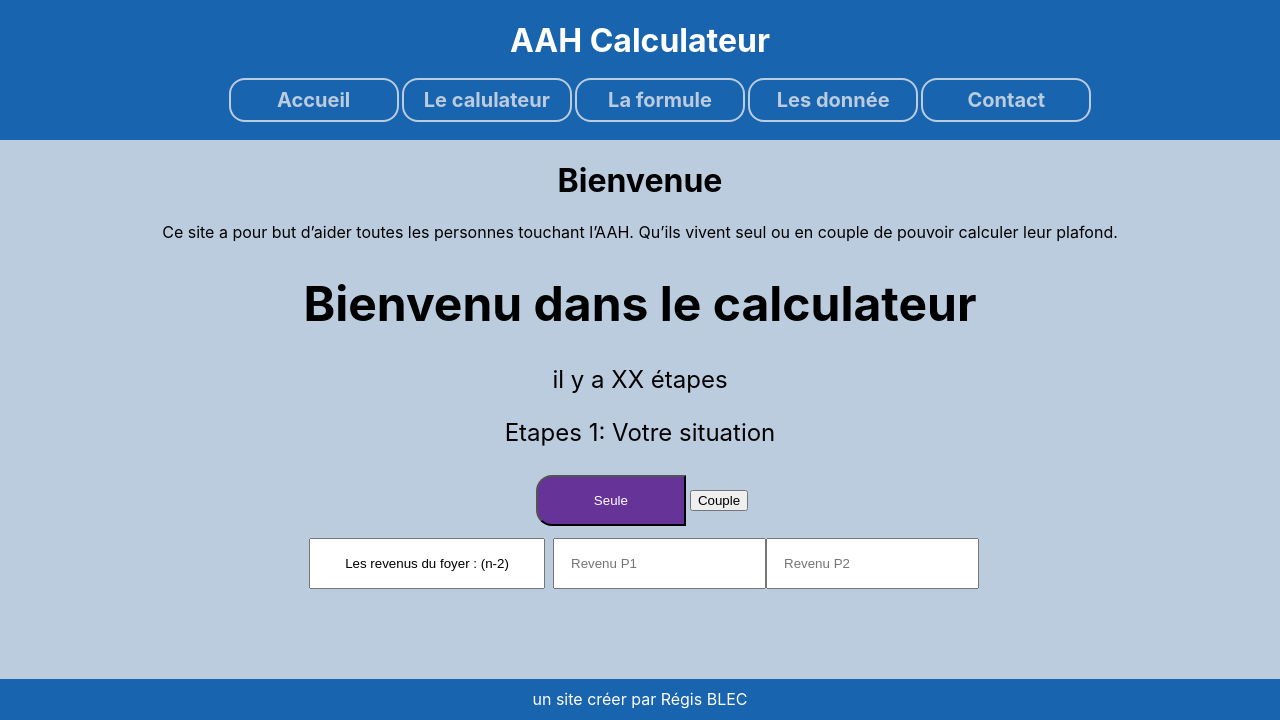
Repository: Cide74/calculateur-aah
Page: /
These files come from the project's save history. The page is drawn as it stood at one moment and after the next save; the edit follows.
The browser window is 1280 px wide. The pictures show the whole page.
The project was rebuilt for these pictures with package versions that can differ from the ones it lists, and the page was loaded fresh each time.

Above is the page before, as saved 2021-04-05 18:32:13.

### public/index.html
<!DOCTYPE html>
<html lang="fr">
  <head>
    <meta charset="utf-8" />
    <link rel="icon" href="%PUBLIC_URL%/logoAAH.ico" />
    <meta name="viewport" content="width=device-width, initial-scale=1" />
    <meta name="theme-color" content="#000000" />
    <meta
      name="description"
      content="Web site created using create-react-app"
    />
    <link rel="apple-touch-icon" href="%PUBLIC_URL%/logoAAH.jpg" />
    <!--
      manifest.json provides metadata used when your web app is installed on a
      user's mobile device or desktop. See https://developers.google.com/web/fundamentals/web-app-manifest/
    -->
    <link rel="manifest" href="%PUBLIC_URL%/manifest.json" />
    <!--
      Notice the use of %PUBLIC_URL% in the tags above.
      It will be replaced with the URL of the `public` folder during the build.
      Only files inside the `public` folder can be referenced from the HTML.

      Unlike "/favicon.ico" or "favicon.ico", "%PUBLIC_URL%/favicon.ico" will
      work correctly both with client-side routing and a non-root public URL.
      Learn how to configure a non-root public URL by running `npm run build`.
    -->
    <title>React App</title>
  </head>
  <body>
    <noscript>You need to enable JavaScript to run this app.</noscript>
    <div id="root"></div>
    <!--
      This HTML file is a template.
      If you open it directly in the browser, you will see an empty page.

      You can add webfonts, meta tags, or analytics to this file.
      The build step will place the bundled scripts into the <body> tag.

      To begin the development, run `npm start` or `yarn start`.
      To create a production bundle, use `npm run build` or `yarn build`.
    -->
  </body>
</html>

### src/index.css
body {
  margin: 0;
  font-family: -apple-system, BlinkMacSystemFont, 'Segoe UI', 'Roboto', 'Oxygen',
    'Ubuntu', 'Cantarell', 'Fira Sans', 'Droid Sans', 'Helvetica Neue',
    sans-serif;
  -webkit-font-smoothing: antialiased;
  -moz-osx-font-smoothing: grayscale;







  background-color:#BBCCDE;
  background-color:#1864AF;
}

code {
  font-family: source-code-pro, Menlo, Monaco, Consolas, 'Courier New',
    monospace;
}

### src/App.js
import Header from './components/Header/Header';
import Menu from './components/Menu/Menu';
import Main from './components/Main/Main';
import Footer from './components/Footer/Footer';

import './App.scss';

function App() {
  return (
    <div className="App">
      <Header />
      <Menu />
      <Main />
      <Footer />
    </div>
  );
}

export default App;

### src/components/Header/Header.js
//import Menu from '../Menu/Menu';
import './Header.scss';

export default function Header() {
  return (
    <div className="header">
      <h1 className="header-title">AAH Calculateur</h1>

    </div>
  );
}

### src/components/Menu/Menu.js

import './Menu.scss';

export default function Menu() {
  return (
		<nav className="menu">
			<ul className="menu__list">
				<li className="menu__item menu__item--current">
          <a className="menu__link">Accueil</a></li>
				<li className="menu__item">
          <a className="menu__link">Le calulateur</a></li>
				<li className="menu__item">
          <a className="menu__link">La formule</a></li>
				<li className="menu__item">
          <a className="menu__link">Les donnée</a></li>
				<li className="menu__item">
          <a className="menu__link">Contact</a></li>
			</ul>
		</nav>
  );
}

### src/components/Main/Main.js
import Home from '../Home/Home';
import Calculator from '../Calculator/Calculator';

import './Main.scss';

export default function Main() {
  return (
    <div className="Main">
      < Home />
      < Calculator />

    </div>
  );
}

### src/components/Footer/Footer.js
import './Footer.scss';

export default function Footer() {
  return (
    <div className="Footer">
      <h1 className="Footer-title">un site créer par Régis BLEC</h1>
    </div>
  );
}

### src/App.scss
.App {

  text-align: center;
  background-color:#1864AF ;
  background-color:#BBCCDE;

  display: flex;
  flex-direction: column;
  min-height: 100vh;

  h1 {
   // color:white;
  }
}

### src/components/Header/Header.scss
.header {
    background-color:#1864AF;
    &-title {
        color: white;
        font-size: 2em;
        background-color:#1864AF;
        margin-bottom: 0rem ;
    }
}

### src/components/Menu/Menu.scss
.menu {
    color:#BBCCDE;
    background-color:#1864AF;
    &__list {
        display:inline-flex;
    }
    &__item {
        max-width: auto;
        margin:0.1rem;
        padding: 0.5rem;
        list-style:none;
        font-size: 1.25em;
        font-weight: bolder;
        border-radius: 1rem ;
        border:2px solid #BBCCDE;
        min-width: 150px;
    }
    &__item:hover {
            color :#1864AF;
            border-radius: 3rem ;
            background-color:#BBCCDE;
        }
}

### src/components/Home/Home.js


import './Home.scss';

export default function Home() {
  return (
    <div className='Home'>
      <h1>Bienvenue</h1>
      <p>Ce site a pour but d’aider toutes les personnes touchant l’AAH. Qu’ils vivent seul ou en couple de pouvoir calculer leur plafond. </p>

    </div>
  );
}

### src/components/Calculator/Calculator.js
import React from 'react';
import { Button } from 'semantic-ui-react'

import './Calculator.scss';

export default function Calculator() {

  return (
    <div className='calculateur'>



      <h1>Bienvenu dans le calculateur</h1>
      <p>il y a XX étapes </p>
        <form className="form">
          <p>Etapes 1: Votre situation</p>
          <div className='form-situation'>
            {/*
            <input
              type='text'
              className='form-situation-text'
              //onChange= ''
              value="Votre situation:"
              name='revenu-text'
            />*/}
            <Button
              className='form-situation-seule'
              content='Seule'
              name='Seule'
              />
            <Button
              className='form-situation-couple'
              content='Couple'
              name='Couple'
              />


          </div>
        </form>
      <form className='form'>
        <div className="field-revenu">
          <input
            type='text'
            className='field-input-revenu-text'
            onChange= ''
            value="Les revenus du foyer : (n-2)"
            name='revenu-text'
          />
          <input
            type='number'
            className='field-input-revenu'
            onChange= ''
            value=""
            //onChange={handleChange}
            placeholder='Revenu P1 '
            name='revenu1'
          />
          <input
            type='number'
            className='field-input-revenu'
            onChange= ''
            value=""
            //onChange={handleChange}
            placeholder='Revenu P2 '
            name='revenu1'
          />
        </div>
      </form>
    </div>
  );
}

### src/components/Main/Main.scss
.Main {
    background-color: #BBCCDE;
    flex: 1;


    p {
    overflow: auto;
    }

}

### src/components/Footer/Footer.scss
.Footer {

    text-align: center;
    background-color:#1864AF;

    position: relative;
    width: 100%;

    &-title {
        text-align: center;
        text-overflow: clip;
        color:white;
        font-weight: normal;
        font-size: 1em;
    }

}

### src/components/Calculator/Calculator.scss
.calculateur {
   // color:orange;
    font-size: 1.5rem;
    .form {
        text-align: center;

        &-situation-text {
            color:red;
            margin: 0.25rem;
            padding: 1rem;
            border-radius: 1rem 0rem 0rem 1rem;
        }
        &-situation-seule {
            color:white;
            background-color: rebeccapurple;
            border-radius: 1rem 0rem 0rem 1rem;
            margin: 0.25rem;
            padding: 1rem;
            width: 150px;
        }
        &-situation-seule {
            color:white;
            background-color: rebeccapurple;
            border-radius: 1rem 0rem 0rem 1rem;
            margin: 0.25rem;
            padding: 1rem;
            width: 150px;
        }
    }


    .field-input-revenu {
        color:red;

        width: max-content;
        padding: 1rem;

        &-text {
            text-align: center;
            width: 200px;
            margin: 0.5rem;
            padding: 1rem;
        }}
}

Loaded but not shown: src/index.js (common file); src/reportWebVitals.js (common file); src/components/Home/Home.scss (no stored copy; drawn as an empty file)

After the next save:
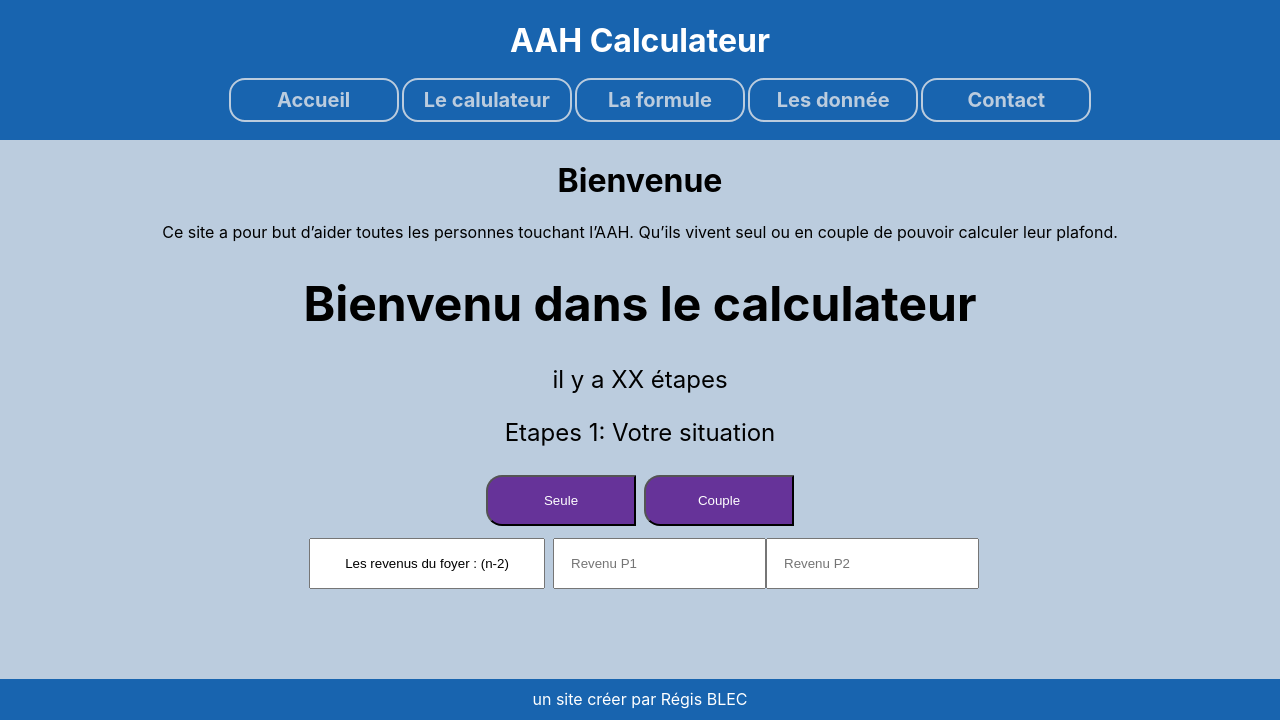
Saved 4 s later.
--- a/src/components/Calculator/Calculator.scss
+++ b/src/components/Calculator/Calculator.scss
@@ -18,7 +18,7 @@
             padding: 1rem;
             width: 150px;
         }
-        &-situation-seule {
+        &-situation-couple {
             color:white;
             background-color: rebeccapurple;
             border-radius: 1rem 0rem 0rem 1rem;
